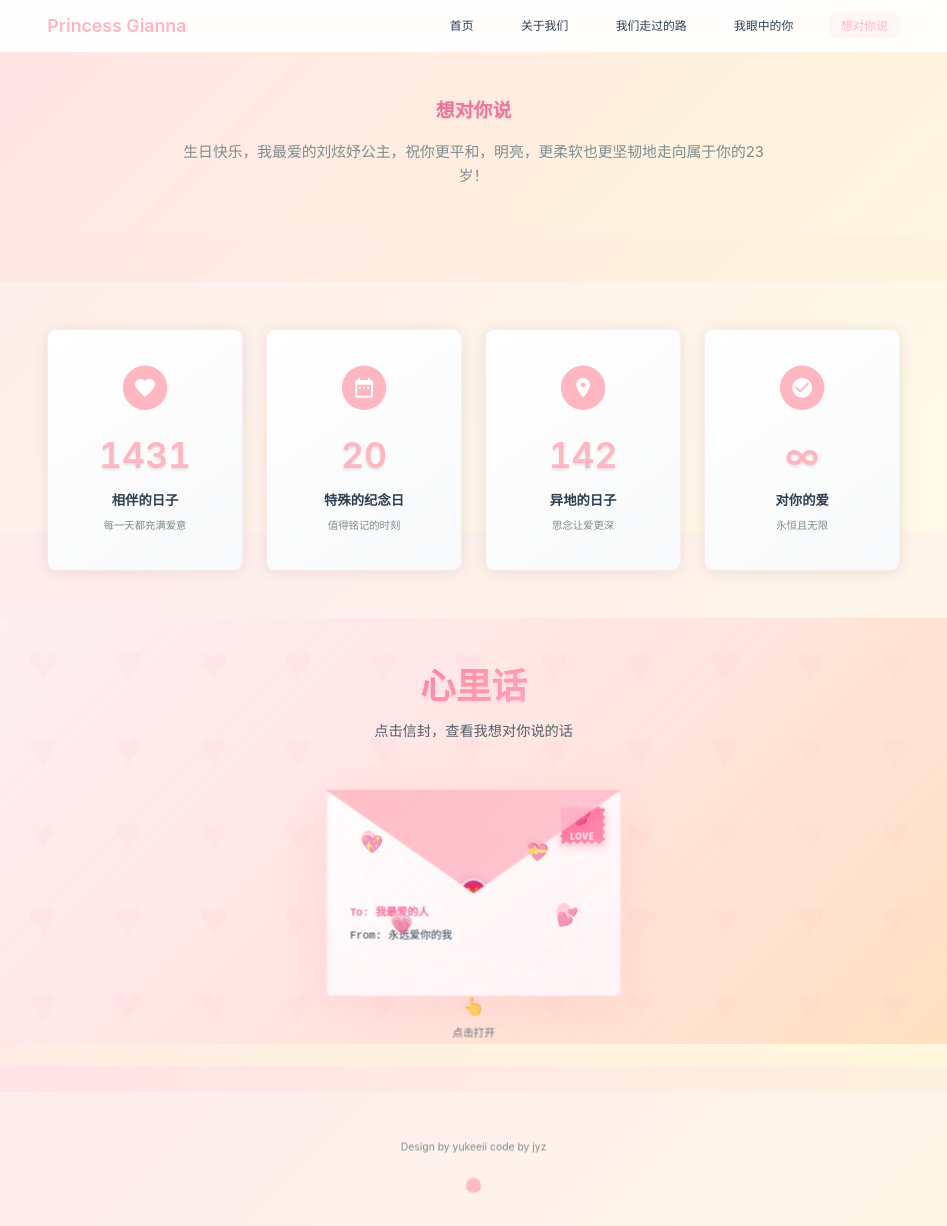
Repository: PrincessGianna/PrincessGianna.github.io
Page: pages/message.html
An editor plug-in stored every save of this project. The page is shown before and after the next save, followed by the edit.
The browser window is 1280 px wide. The pictures show the whole page, at 74% of full size.
Backgrounds fixed to the window are drawn as part of the page. Some web fonts or font styles are not loaded; a fallback is used.

Above is the page before, as saved 2025-09-28 14:06:26.

### pages/message.html
<!DOCTYPE html>
<html lang="zh-CN">
  <head>
    <meta charset="UTF-8" />
    <meta name="viewport" content="width=device-width, initial-scale=1.0" />
    <title>想对你说 - 我们的故事</title>
    <!-- Google Fonts 手写字体 -->
    <link rel="preconnect" href="https://fonts.googleapis.com" />
    <link rel="preconnect" href="https://fonts.gstatic.com" crossorigin />
    <link
      href="https://fonts.googleapis.com/css2?family=Kalam:wght@300;400;700&family=Ma+Shan+Zheng&display=swap"
      rel="stylesheet"
    />
    <link rel="stylesheet" href="../css/style.css" />
    <link rel="stylesheet" href="../css/components.css" />
    <link rel="stylesheet" href="../css/animations.css" />
  </head>
  <body>
    <!-- 顶部导航栏 -->
    <nav class="navbar">
      <div class="nav-container">
        <div class="nav-logo">
          <h3>Princess Gianna</h3>
        </div>
        <div class="nav-menu" id="nav-menu">
          <ul class="nav-list">
            <li class="nav-item">
              <a href="../index.html" class="nav-link">首页</a>
            </li>
            <li class="nav-item">
              <a href="about.html" class="nav-link">关于我们</a>
            </li>
            <li class="nav-item">
              <a href="gallery.html" class="nav-link">我们走过的路</a>
            </li>
            <li class="nav-item">
              <a href="impression.html" class="nav-link">我眼中的你</a>
            </li>
            <li class="nav-item">
              <a href="message.html" class="nav-link active">想对你说</a>
            </li>
          </ul>
        </div>
        <div class="nav-toggle" id="nav-toggle">
          <span class="bar"></span>
          <span class="bar"></span>
          <span class="bar"></span>
        </div>
      </div>
    </nav>

    <!-- 页面头部 -->
    <header class="page-header">
      <div class="header-content">
        <h1 class="page-title">想对你说</h1>
        <p class="page-subtitle">
          生日快乐，我最爱的刘炫妤公主，祝你更平和，明亮，更柔软也更坚韧地走向属于你的23岁！
        </p>
      </div>
    </header>

    <!-- 统计数字区域 -->
    <section class="stats-section">
      <div class="stats-container">
        <div class="stats-grid">
          <div class="stat-card" data-delay="0">
            <div class="stat-icon">
              <svg viewBox="0 0 24 24">
                <path
                  d="M12 21.35l-1.45-1.32C5.4 15.36 2 12.28 2 8.5 2 5.42 4.42 3 7.5 3c1.74 0 3.41.81 4.5 2.09C13.09 3.81 14.76 3 16.5 3 19.58 3 22 5.42 22 8.5c0 3.78-3.4 6.86-8.55 11.54L12 21.35z"
                />
              </svg>
            </div>
            <div class="stat-content">
              <div class="stat-number" data-target="1431">0</div>
              <div class="stat-label">相伴的日子</div>
              <div class="stat-sublabel">每一天都充满爱意</div>
            </div>
          </div>

          <div class="stat-card" data-delay="200">
            <div class="stat-icon">
              <svg viewBox="0 0 24 24">
                <path
                  d="M9 11H7v2h2v-2zm4 0h-2v2h2v-2zm4 0h-2v2h2v-2zm2-7h-1V2h-2v2H8V2H6v2H5c-1.1 0-1.99.9-1.99 2L3 20c0 1.1.89 2 2 2h14c1.1 0 2-.9 2-2V6c0-1.1-.9-2-2-2zm0 16H5V9h14v11z"
                />
              </svg>
            </div>
            <div class="stat-content">
              <div class="stat-number" data-target="20">0</div>
              <div class="stat-label">特殊的纪念日</div>
              <div class="stat-sublabel">值得铭记的时刻</div>
            </div>
          </div>

          <div class="stat-card" data-delay="400">
            <div class="stat-icon">
              <svg viewBox="0 0 24 24">
                <path
                  d="M12 2C8.13 2 5 5.13 5 9c0 5.25 7 13 7 13s7-7.75 7-13c0-3.87-3.13-7-7-7zm0 9.5c-1.38 0-2.5-1.12-2.5-2.5s1.12-2.5 2.5-2.5 2.5 1.12 2.5 2.5-1.12 2.5-2.5 2.5z"
                />
              </svg>
            </div>
            <div class="stat-content">
              <div class="stat-number" data-target="142">0</div>
              <div class="stat-label">异地的日子</div>
              <div class="stat-sublabel">思念让爱更深</div>
            </div>
          </div>

          <div class="stat-card" data-delay="600">
            <div class="stat-icon">
              <svg viewBox="0 0 24 24">
                <path
                  d="M12 2C6.48 2 2 6.48 2 12s4.48 10 10 10 10-4.48 10-10S17.52 2 12 2zm-2 15l-5-5 1.41-1.41L10 14.17l7.59-7.59L19 8l-9 9z"
                />
              </svg>
            </div>
            <div class="stat-content">
              <div class="stat-number" data-target="∞">0</div>
              <div class="stat-label">对你的爱</div>
              <div class="stat-sublabel">永恒且无限</div>
            </div>
          </div>
        </div>
      </div>
    </section>

    <!-- 信封区域 -->
    <main class="envelope-container">
      <div class="envelope-header">
        <h2 class="envelope-title">心里话</h2>
        <p class="envelope-subtitle">点击信封，查看我想对你说的话</p>
      </div>

      <!-- 信封主体 -->
      <div class="envelope-wrapper">
        <div class="envelope" id="love-envelope">
          <!-- 信封背景 -->
          <div class="envelope-back">
            <div class="envelope-stamp">
              <div class="stamp-heart">💕</div>
              <div class="stamp-text">LOVE</div>
            </div>
            <div class="envelope-address">
              <div class="to-line">To: 我最爱的人</div>
              <div class="from-line">From: 永远爱你的我</div>
            </div>
          </div>

          <!-- 信封盖子 -->
          <div class="envelope-flap">
            <div class="wax-seal">
              <div class="seal-heart">❤️</div>
            </div>
          </div>

          <!-- 点击提示 -->
          <div class="envelope-hint">
            <div class="hint-icon">👆</div>
            <div class="hint-text">点击打开</div>
          </div>
        </div>

        <!-- 装饰元素 -->
        <div class="envelope-decorations">
          <div class="floating-heart heart-1">💖</div>
          <div class="floating-heart heart-2">💕</div>
          <div class="floating-heart heart-3">💗</div>
          <div class="floating-heart heart-4">💝</div>
        </div>
      </div>
    </main>

    <!-- 心里话弹窗 -->
    <div class="love-modal" id="love-modal">
      <div class="modal-backdrop" id="modal-backdrop"></div>
      <div class="modal-container">
        <div class="modal-header">
          <h3 class="modal-title">我想对你说</h3>
          <button class="modal-close" id="modal-close">
            <svg viewBox="0 0 24 24">
              <path
                d="M19 6.41L17.59 5 12 10.59 6.41 5 5 6.41 10.59 12 5 17.59 6.41 19 12 13.41 17.59 19 19 17.59 13.41 12z"
              />
            </svg>
          </button>
        </div>

        <div class="modal-content">
          <!-- 心里话内容 -->
          <div class="love-pages">
            <div class="love-page active">
              <div class="page-date handwriting">2025.09.29</div>
              <h4 class="page-title handwriting">💖 致我最爱的刘炫妤公主</h4>
              <div class="page-text handwriting-text">
                <p class="handwriting-line">亲爱的刘炫妤小朋友，</p>
                <p class="handwriting-line">见字如面。</p>
                <p class="handwriting-line">二十三岁生日快乐。又是一年给你写信的时候了。</p>
                <p class="handwriting-line">如愿以偿的在同一个国度再次相遇了，哪怕暂时有着三个小时的时差。</p>
                <p class="handwriting-line">这是我们相逢的第4个年头了。最近刚到西雅图，总是想到你，想到我们当时在的伦敦。那是我人生中最梦幻和欢愉的时刻。</p>
                <p class="handwriting-line">记得去年这个时候，你似乎还不适应安娜堡的生活，总与我诉说，我总想和你一起经历，却是无能为力。</p>
                <p class="handwriting-line">再看到你一点一点成长，成熟自己的羽翼，见你巍然，见你闪烁，见你被爱包裹，我都由衷的热泪盈眶。</p>
                <p class="handwriting-line">还记得去年圣诞在南京的时候，今年在北京的时候，每次重逢后的瞬间，我都觉得特别，那是我烦闷寡淡人生的极少的，有着热烈的时刻。</p>
                <p class="handwriting-line">你离开后的每天，我都很想你。更多时候我都觉得，世界上不会有你更了解我。那些炙热又浪漫的，我们的独家记忆，成为了共同的你和我。</p>
                <p class="handwriting-line">"人生是一段孤独旅程，但我遇见了你，你不是我，却又像世界上的另一个我。"</p>
                <p class="handwriting-line">如今的你，已然足够的强大，自信。虽然偶尔也会为前路迷茫，焦虑。但二十三岁的人生才刚开始，你还拥有着无尽的盛夏与辽阔。</p>
                <p class="handwriting-line">你总说我夸你，吹彩虹屁。之前和朋友聊到你，形容你像向日葵一样不断的绽放光彩，其实不是的，我说，你不必向着光，你本身就是太阳。</p>
                <p class="handwriting-line">所以呀，不必去苦恼追寻着什么，这个世界上总有一些人，和一些光，生来就是为你而来的。</p>
                <p class="handwriting-line">或许烦闷难以避免，这是长大后的第一悲哀。但如果逃避能让你感觉轻松，那我帮你收拾行囊，旷野天地间，自有我们的一隅。</p>
                <p class="handwriting-line">不必害怕，你和眼泪一样，请敢于冲出眼眶。若败北，我们东山再起。若困境，我们逆风翻盘，否极泰来，峰回路转。我永远站在，你转头就能看见的地方。</p>
                <p class="handwriting-line">谢谢你，以你的存在，创造了一个节日。</p>
                <p class="handwriting-line">多幸运，在你的生日，我的心跳也跟你同频。</p>
                <p class="handwriting-line">公主大人，生日快乐！</p>
                <p class="handwriting-line">祝你走遍群山同我诉说来时路，</p>
                <p class="handwriting-line">祝你跨越苦难向春山，在此起彼伏的山野中遇见永不消弭的盛夏。</p>
                <p class="handwriting-line"></p>
                <p class="handwriting-line"></p>
                <p class="handwriting-line signature">最爱你的余可晔 ❤️</p>
              </div>
            </div>
          </div>
        </div>
      </div>
    </div>

    <!-- 页面底部 -->
    <footer class="message-footer">
      <div class="footer-content">
        <div class="love-quote">
          <div class="quote-author">Design by yukeeii code by jyz</div>
        </div>
        <div class="footer-hearts">
          <div class="floating-heart"></div>
          <div class="floating-heart"></div>
          <div class="floating-heart"></div>
        </div>
      </div>
    </footer>

    <!-- JavaScript 文件 -->
    <script src="../js/music.js"></script>
    <script src="../js/utils.js"></script>
    <script src="../js/animations.js"></script>
    <script src="../js/main.js"></script>
    <script src="../js/message.js"></script>
  </body>
</html>

### css/style.css
/* ===============================
   色彩系统与基础变量
   =============================== */
:root {
  /* 主色调 - 温暖粉色系 */
  --primary-pink: #ffb6c1;
  --primary-pink-light: #ffc0cb;
  --primary-pink-lighter: #ffe4e6;

  /* 辅助色 - 柔和黄色 */
  --accent-yellow: #fff8dc;
  --accent-yellow-bright: #ffeb3b;

  /* 中性色 */
  --text-dark: #2c3e50;
  --text-gray: #7f8c8d;
  --background-white: #ffffff;
  --background-light: #f8f9fa;

  /* 渐变背景 */
  --gradient-main: linear-gradient(135deg, #ffe4e6 0%, #fff8dc 100%);
  --gradient-card: linear-gradient(145deg, #ffffff 0%, #f8f9fa 100%);

  /* 阴影 */
  --shadow-soft: 0 2px 20px rgba(0, 0, 0, 0.1);
  --shadow-medium: 0 4px 15px rgba(255, 182, 193, 0.3);
  --shadow-strong: 0 8px 25px rgba(255, 182, 193, 0.4);

  /* 圆角 */
  --radius-small: 8px;
  --radius-medium: 12px;
  --radius-large: 16px;

  /* 字体 */
  --font-family: -apple-system, BlinkMacSystemFont, "Segoe UI", "Roboto",
    "Helvetica Neue", Arial, sans-serif;
  --font-weight-normal: 400;
  --font-weight-medium: 500;
  --font-weight-semibold: 600;

  /* 行高 */
  --line-height-tight: 1.2;
  --line-height-normal: 1.6;

  /* 间距 */
  --spacing-xs: 0.5rem;
  --spacing-sm: 1rem;
  --spacing-md: 1.5rem;
  --spacing-lg: 2rem;
  --spacing-xl: 3rem;
  --spacing-2xl: 4rem;

  /* Z-index */
  --z-navigation: 1000;
  --z-modal: 2000;
  --z-loading: 3000;

  /* 过渡动画 */
  --transition-fast: 0.2s ease;
  --transition-normal: 0.3s ease;
  --transition-slow: 0.5s ease;
}

/* ===============================
   CSS 重置与基础样式
   =============================== */
*,
*::before,
*::after {
  box-sizing: border-box;
  margin: 0;
  padding: 0;
}

html {
  font-size: 16px;
  scroll-behavior: smooth;
}

body {
  font-family: var(--font-family);
  font-weight: var(--font-weight-normal);
  line-height: var(--line-height-normal);
  color: var(--text-dark);
  background: var(--gradient-main);
  background-attachment: fixed;
  overflow-x: hidden;
}

/* 字体样式 */
h1,
h2,
h3,
h4,
h5,
h6 {
  font-weight: var(--font-weight-semibold);
  line-height: var(--line-height-tight);
  margin-bottom: var(--spacing-sm);
}

h1 {
  font-size: 2.5rem;
}

h2 {
  font-size: 2rem;
}

h3 {
  font-size: 1.5rem;
}

h4 {
  font-size: 1.25rem;
}

h5 {
  font-size: 1.125rem;
}

h6 {
  font-size: 1rem;
}

p {
  margin-bottom: var(--spacing-sm);
}

a {
  color: var(--primary-pink);
  text-decoration: none;
  transition: var(--transition-normal);
}

a:hover {
  color: var(--primary-pink-light);
}

/* 图片样式 */
img {
  max-width: 100%;
  height: auto;
  display: block;
}

/* 按钮基础样式 */
button {
  font-family: inherit;
  font-size: inherit;
  border: none;
  background: none;
  cursor: pointer;
  transition: var(--transition-normal);
}

button:focus {
  outline: 2px solid var(--primary-pink);
  outline-offset: 2px;
}

/* 输入框基础样式 */
input,
textarea,
select {
  font-family: inherit;
  font-size: inherit;
  border: 1px solid #e1e5e9;
  border-radius: var(--radius-small);
  padding: var(--spacing-xs) var(--spacing-sm);
  transition: var(--transition-normal);
}

input:focus,
textarea:focus,
select:focus {
  outline: none;
  border-color: var(--primary-pink);
  box-shadow: 0 0 0 3px rgba(255, 182, 193, 0.1);
}

/* 列表样式 */
ul,
ol {
  list-style: none;
}

/* ===============================
   背景装饰系统
   =============================== */
.background-container {
  position: fixed;
  top: 0;
  left: 0;
  width: 100%;
  height: 100%;
  z-index: -1;
  overflow: hidden;
}

.background-image {
  position: absolute;
  top: 0;
  left: 0;
  width: 100%;
  height: 100%;
  background: var(--gradient-main);
  opacity: 0.9;
}

.background-particles,
.background-shapes {
  position: absolute;
  top: 0;
  left: 0;
  width: 100%;
  height: 100%;
  pointer-events: none;
}

/* ===============================
   导航栏样式
   =============================== */
.navbar {
  position: fixed;
  top: 0;
  left: 0;
  width: 100%;
  background: rgba(255, 255, 255, 0.95);
  backdrop-filter: blur(10px);
  z-index: var(--z-navigation);
  transition: var(--transition-normal);
}

.nav-container {
  max-width: 1200px;
  margin: 0 auto;
  padding: 0 var(--spacing-md);
  display: flex;
  align-items: center;
  justify-content: space-between;
  height: 70px;
}

.nav-logo h3 {
  color: var(--primary-pink);
  font-size: 1.5rem;
  font-weight: var(--font-weight-semibold);
  margin: 0;
}

.nav-menu {
  display: flex;
}

.nav-list {
  display: flex;
  align-items: center;
  gap: var(--spacing-lg);
}

.nav-link {
  color: var(--text-dark);
  font-weight: var(--font-weight-medium);
  padding: var(--spacing-xs) var(--spacing-sm);
  border-radius: var(--radius-medium);
  transition: var(--transition-normal);
  position: relative;
}

.nav-link:hover,
.nav-link.active {
  color: var(--primary-pink);
  background: rgba(255, 182, 193, 0.1);
}

.nav-toggle {
  display: none;
  flex-direction: column;
  cursor: pointer;
  gap: 4px;
}

.nav-toggle .bar {
  width: 25px;
  height: 3px;
  background: var(--text-dark);
  border-radius: 2px;
  transition: var(--transition-normal);
}

/* ===============================
   页面布局
   =============================== */
.page-header {
  padding: calc(70px + var(--spacing-2xl)) var(--spacing-md) var(--spacing-2xl);
  text-align: center;
  background: linear-gradient(
    135deg,
    rgba(255, 228, 230, 0.8) 0%,
    rgba(255, 248, 220, 0.8) 100%
  );
  margin-bottom: var(--spacing-2xl);
}

.header-content {
  max-width: 800px;
  margin: 0 auto;
}

.page-title {
  font-size: 3rem;
  color: var(--text-dark);
  margin-bottom: var(--spacing-sm);
  text-shadow: 0 2px 4px rgba(0, 0, 0, 0.1);
}

.page-subtitle {
  font-size: 1.25rem;
  color: var(--text-gray);
  font-weight: var(--font-weight-normal);
  margin: 0;
}

/* 主要内容容器 */
.container {
  max-width: 1200px;
  margin: 0 auto;
  padding: 0 var(--spacing-md);
}

/* ===============================
   Hero Section (首页)
   =============================== */
.hero-section {
  min-height: 100vh;
  display: flex;
  flex-direction: column;
  align-items: center;
  justify-content: center;
  text-align: center;
  padding: var(--spacing-2xl) var(--spacing-md);
  position: relative;
}

.hero-content {
  max-width: 800px;
  width: 100%;
}

.text-blocks {
  margin-bottom: var(--spacing-lg);
}

.text-blocks-top {
  margin-bottom: var(--spacing-xl);
}

.text-blocks-bottom {
  margin-bottom: var(--spacing-xl);
  margin-top: var(--spacing-xl);
}

.text-block {
  margin-bottom: var(--spacing-lg);
  opacity: 0;
  transform: translateY(30px);
}

.hero-title {
  font-size: 4rem;
  color: var(--text-dark);
  margin-bottom: var(--spacing-sm);
  text-shadow: 0 4px 8px rgba(0, 0, 0, 0.1);
}

.hero-subtitle {
  font-size: 1.5rem;
  color: var(--primary-pink);
  font-weight: var(--font-weight-medium);
  margin-bottom: var(--spacing-md);
}

.hero-text {
  font-size: 1.125rem;
  color: var(--text-gray);
  line-height: var(--line-height-normal);
  margin: var(--spacing-sm) 0;
}

.hero-button-container {
  margin-top: var(--spacing-xl);
  margin-bottom: var(--spacing-lg);
  opacity: 0;
  transform: translateY(30px);
}

/* ===============================
   响应式设计
   =============================== */
@media (max-width: 1200px) {
  .container {
    padding: 0 var(--spacing-lg);
  }
}

@media (max-width: 992px) {
  .nav-menu {
    position: fixed;
    top: 70px;
    left: 0;
    width: 100%;
    background: rgba(255, 255, 255, 0.98);
    backdrop-filter: blur(10px);
    padding: var(--spacing-lg);
    transform: translateY(-100%);
    transition: var(--transition-normal);
    visibility: hidden;
    opacity: 0;
  }

  .nav-menu.active {
    transform: translateY(0);
    visibility: visible;
    opacity: 1;
  }

  .nav-list {
    flex-direction: column;
    gap: var(--spacing-md);
  }

  .nav-toggle {
    display: flex;
  }

  .nav-toggle.active .bar:nth-child(1) {
    transform: rotate(45deg) translate(5px, 5px);
  }

  .nav-toggle.active .bar:nth-child(2) {
    opacity: 0;
  }

  .nav-toggle.active .bar:nth-child(3) {
    transform: rotate(-45deg) translate(7px, -6px);
  }

  .hero-title {
    font-size: 3rem;
  }

  .page-title {
    font-size: 2.5rem;
  }
}

@media (max-width: 768px) {
  .container,
  .nav-container {
    padding: 0 var(--spacing-sm);
  }

  .hero-title {
    font-size: 2.5rem;
  }

  .page-title {
    font-size: 2rem;
  }

  .hero-subtitle {
    font-size: 1.25rem;
  }

  .hero-text {
    font-size: 1rem;
  }
}

@media (max-width: 576px) {
  .hero-title {
    font-size: 2rem;
  }

  .page-title {
    font-size: 1.75rem;
  }

  .hero-subtitle {
    font-size: 1.125rem;
  }

  .page-header {
    padding: calc(70px + var(--spacing-lg)) var(--spacing-sm) var(--spacing-lg);
  }
}

/* ===============================
   工具类
   =============================== */
.text-center {
  text-align: center;
}

.text-left {
  text-align: left;
}

.text-right {
  text-align: right;
}

.d-none {
  display: none;
}

.d-block {
  display: block;
}

.d-flex {
  display: flex;
}

.justify-center {
  justify-content: center;
}

.align-center {
  align-items: center;
}

.w-full {
  width: 100%;
}

.h-full {
  height: 100%;
}

.relative {
  position: relative;
}

.absolute {
  position: absolute;
}

.fixed {
  position: fixed;
}

/* ===============================
   可访问性
   =============================== */
@media (prefers-reduced-motion: reduce) {
  *,
  *::before,
  *::after {
    animation-duration: 0.01ms !important;
    animation-iteration-count: 1 !important;
    transition-duration: 0.01ms !important;
  }

  .scroll-arrow {
    animation: none;
  }
}

/* 焦点可见性 */
.sr-only {
  position: absolute;
  width: 1px;
  height: 1px;
  padding: 0;
  margin: -1px;
  overflow: hidden;
  clip: rect(0, 0, 0, 0);
  white-space: nowrap;
  border: 0;
}

/* ===============================
   生日祝福横幅样式
   =============================== */
.birthday-banner {
  margin: var(--spacing-lg) 0;
  text-align: center;
  opacity: 0;
  transform: translateY(30px);
  padding: var(--spacing-lg);
  transition: opacity 0.6s ease, transform 0.6s ease;
  display: flex;
  align-items: center;
  justify-content: center;
  min-height: 200px;
}

.birthday-banner.animate {
  opacity: 1;
  transform: translateY(0);
}

.birthday-text {
  font-size: 6rem;
  font-weight: var(--font-weight-bold);
  color: var(--primary-pink);
  text-shadow: 0 0 20px rgba(255, 182, 193, 0.9),
    0 0 40px rgba(255, 182, 193, 0.7), 0 0 60px rgba(255, 182, 193, 0.5);
  animation: birthdayGlow 3s ease-in-out infinite,
    gradientShift 4s ease-in-out infinite;
  margin: 0;
  letter-spacing: 4px;
  text-transform: uppercase;
  background: linear-gradient(
    45deg,
    var(--primary-pink),
    var(--accent-yellow-bright),
    var(--primary-pink-light)
  );
  background-size: 200% 200%;
  -webkit-background-clip: text;
  -webkit-text-fill-color: transparent;
  background-clip: text;
}

@media (max-width: 768px) {
  .birthday-text {
    font-size: 4rem;
    letter-spacing: 3px;
  }
}

@media (max-width: 576px) {
  .birthday-text {
    font-size: 3rem;
    letter-spacing: 2px;
  }
}

/* ===============================
   动画关键帧
   =============================== */
@keyframes gradientShift {
  0% {
    background-position: 0% 50%;
  }
  50% {
    background-position: 100% 50%;
  }
  100% {
    background-position: 0% 50%;
  }
}

@keyframes birthdayGlow {
  0%,
  100% {
    text-shadow: 0 0 10px rgba(255, 182, 193, 0.8),
      0 0 20px rgba(255, 182, 193, 0.6), 0 0 30px rgba(255, 182, 193, 0.4);
    transform: scale(1);
  }
  50% {
    text-shadow: 0 0 20px rgba(255, 182, 193, 1),
      0 0 30px rgba(255, 182, 193, 0.8), 0 0 40px rgba(255, 182, 193, 0.6),
      0 0 50px rgba(255, 182, 193, 0.4);
    transform: scale(1.05);
  }
}

@keyframes bounce {
  0%,
  20%,
  50%,
  80%,
  100% {
    transform: translateY(0) rotate(45deg);
  }
  40% {
    transform: translateY(-5px) rotate(45deg);
  }
  60% {
    transform: translateY(-3px) rotate(45deg);
  }
}

@keyframes fadeInUp {
  from {
    opacity: 0;
    transform: translateY(30px);
  }
  to {
    opacity: 1;
    transform: translateY(0);
  }
}

@keyframes fadeIn {
  from {
    opacity: 0;
  }
  to {
    opacity: 1;
  }
}

@keyframes slideInLeft {
  from {
    opacity: 0;
    transform: translateX(-50px);
  }
  to {
    opacity: 1;
    transform: translateX(0);
  }
}

@keyframes slideInRight {
  from {
    opacity: 0;
    transform: translateX(50px);
  }
  to {
    opacity: 1;
    transform: translateX(0);
  }
}

Loaded but not shown: js/animations.js (892 lines, source omitted); js/main.js (714 lines, source omitted); js/utils.js (665 lines, source omitted); js/message.js (406 lines, source omitted); js/music.js (315 lines, source omitted); css/components.css (3155 lines, source omitted); css/animations.css (913 lines, source omitted)

After the next save:
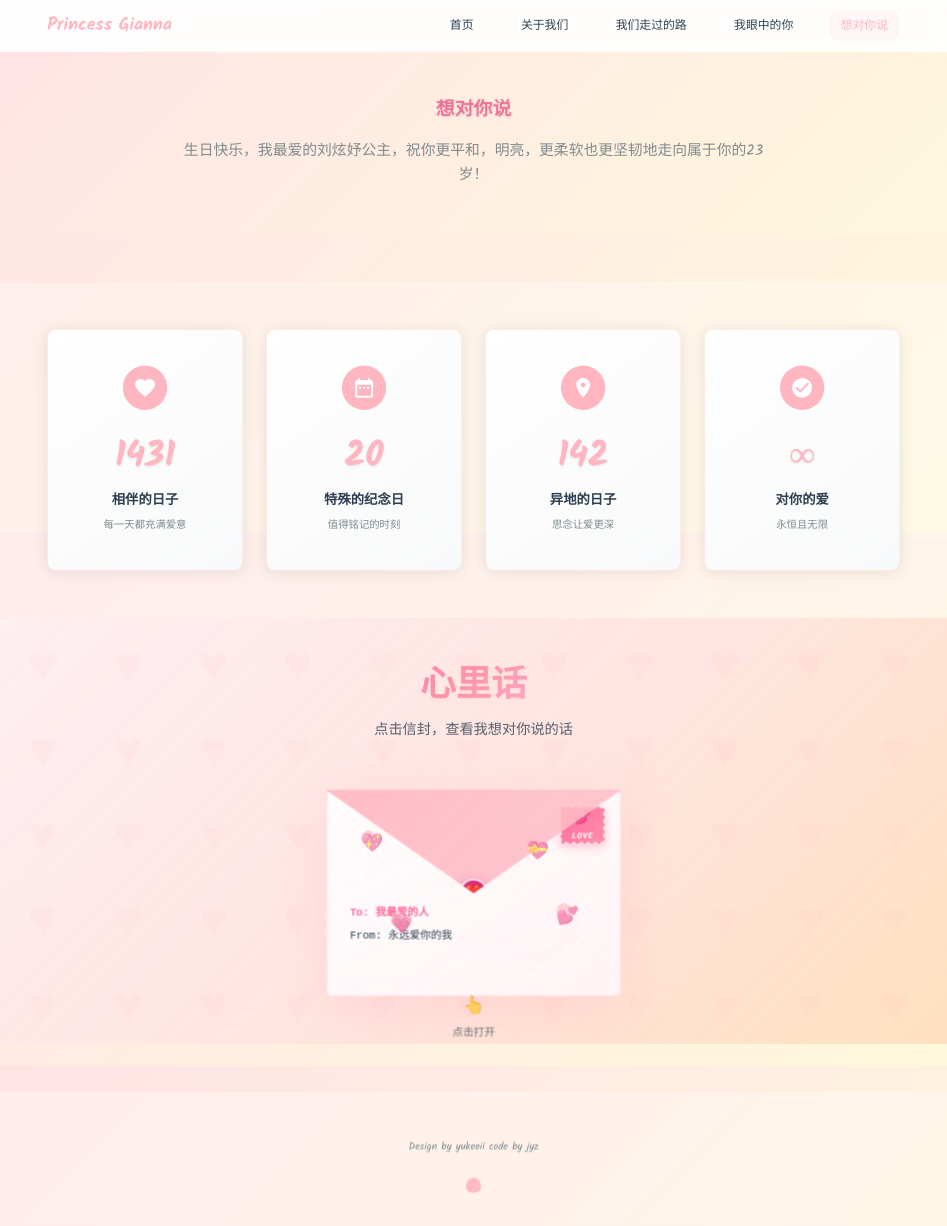
Saved 11 s later.
--- a/css/style.css
+++ b/css/style.css
@@ -32,8 +32,7 @@
   --radius-large: 16px;
 
   /* 字体 */
-  --font-family: -apple-system, BlinkMacSystemFont, "Segoe UI", "Roboto",
-    "Helvetica Neue", Arial, sans-serif;
+  --font-family: "Kalam", "Ma Shan Zheng", cursive, serif;
   --font-weight-normal: 400;
   --font-weight-medium: 500;
   --font-weight-semibold: 600;
